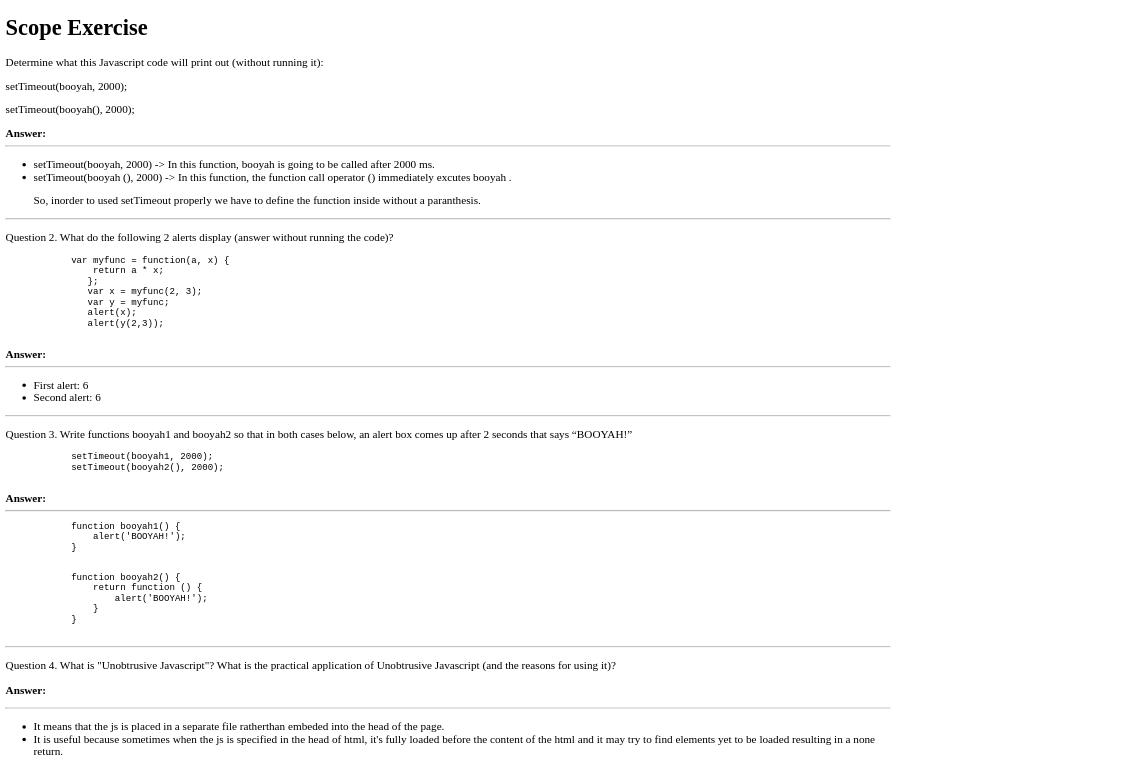
Repository: bethelbahiru/WAP
Page: Homework3/scope.html
An editor plug-in stored every save of this project. The page is shown before and after a run of saves, followed by the edit.
The browser window is 1280 px wide. The page is 1280 px wide, then 1629 px, so the pictures cover 1629 px, including what lies to the right of the window. The pictures show the part of the page from y = 0 to 1520 px (the page is 1099 px tall before and 2125 px after), at 70% of full size.

Above is the page before, as saved 2022-01-18 15:11:55.

### Homework3/scope.html
<!DOCTYPE html>
<html lang="en">
<head>
    <meta charset="UTF-8">
    <meta http-equiv="X-UA-Compatible" content="IE=edge">
    <meta name="viewport" content="width=device-width, initial-scale=1.0">
    <title>Scope Exercise</title>
</head>
<body>
    <h1><strong>Scope Exercise</strong></h1>
    <p> Determine what this Javascript code will print out (without running it):
        <p>setTimeout(booyah, 2000);</p>
        <p>setTimeout(booyah(), 2000);</p>
        <strong>Answer:</strong>
        <hr>
        <ul>
            <li>setTimeout(booyah, 2000) -> In this function, booyah is going to be called after 2000 ms.</li>
            <li>setTimeout(booyah (), 2000) -> In this function, the function call operator () immediately excutes booyah .</li>
            <p>So, inorder to used setTimeout properly we have to define the function inside without a paranthesis.</p>
        </ul>
    </p>
    <hr>
    <p>Question 2. What do the following 2 alerts display (answer without running the code)?
        <pre>
            var myfunc = function(a, x) {
                return a * x;
               };
               var x = myfunc(2, 3);
               var y = myfunc;
               alert(x);
               alert(y(2,3));
        </pre>
        <strong>Answer:</strong>
        <hr>
        <ul>
            <li>First alert: 6</li>
            <li>Second alert: 6</li>
        </ul>
    </p>
    <hr>
    <p>Question 3. Write functions booyah1 and booyah2 so that in both cases below, an alert box comes up after 2 seconds that
        says “BOOYAH!”
        <pre>
            setTimeout(booyah1, 2000);
            setTimeout(booyah2(), 2000);
        </pre>
        <strong>Answer:</strong>
        <hr>
        <pre>
            function booyah1() {
                alert('BOOYAH!');
            }
        </pre>
        <pre>
            function booyah2() {
                return function () {
                    alert('BOOYAH!');
                }
            }
        </pre>
    </p>
    <hr>
    <p>Question 4. What is "Unobtrusive Javascript"? What is the practical application of Unobtrusive Javascript (and the reasons
        for using it)?
        <br/>
        <br/>
        <strong>Answer:</strong>
        <hr>
        <ul>
            <li>It means that the js is placed in a separate file ratherthan embeded into the head of the page.</li>
            <li>It is useful because sometimes when the js is specified in the head of html, it's fully loaded before the content of the html and it may try to find elements yet to be loaded resulting in a none return.</li>
        </ul>
    </p>

</body>
</html>

After the next 2 saves:
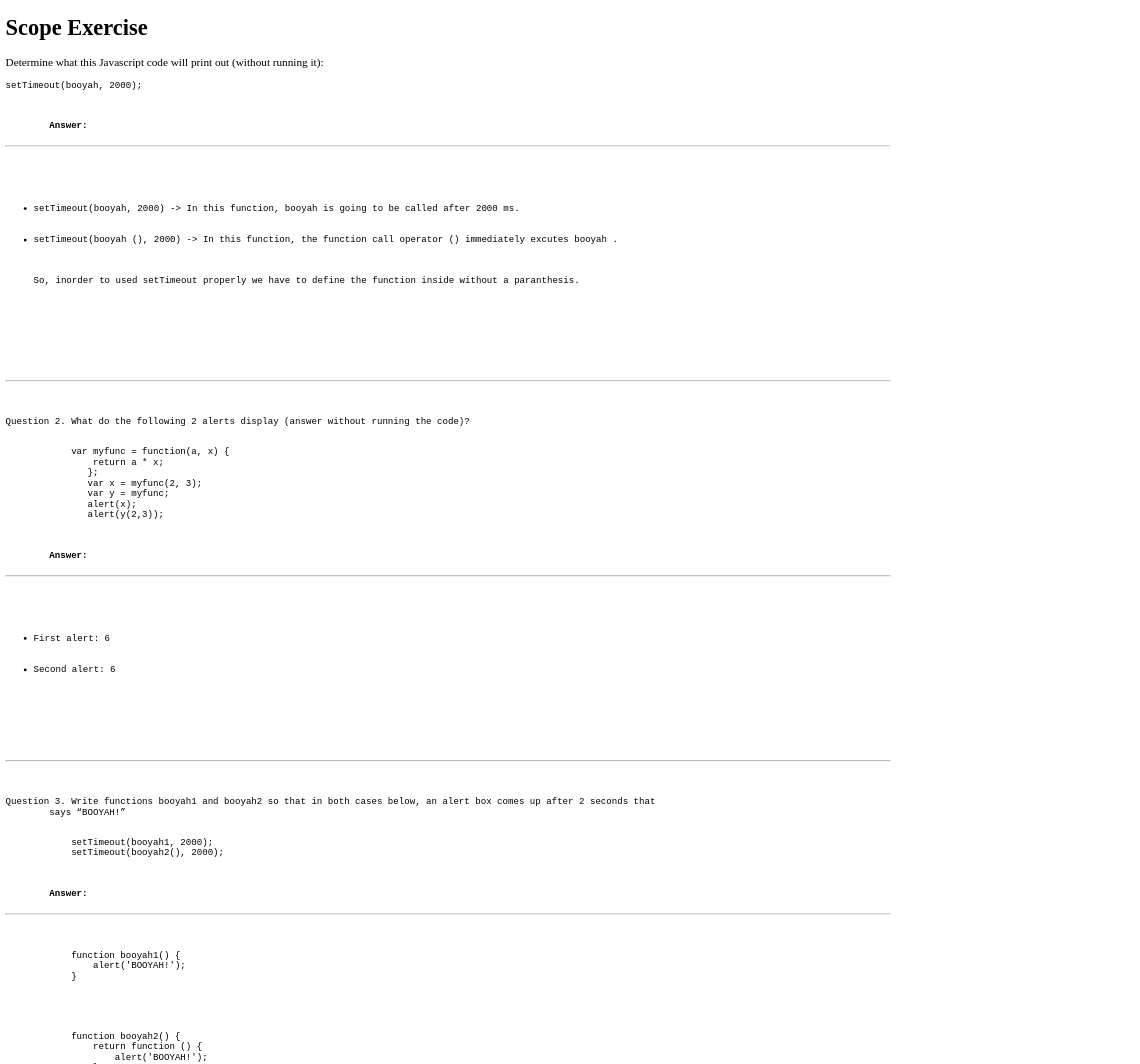
The 2 saves are shown as one change because they came seconds apart.
The last was saved 8 s later.
--- a/Homework3/scope.html
+++ b/Homework3/scope.html
@@ -9,8 +9,8 @@
 <body>
     <h1><strong>Scope Exercise</strong></h1>
     <p> Determine what this Javascript code will print out (without running it):
-        <p>setTimeout(booyah, 2000);</p>
-        <p>setTimeout(booyah(), 2000);</p>
+        <pre>setTimeout(booyah, 2000);</p>
+
         <strong>Answer:</strong>
         <hr>
         <ul>
